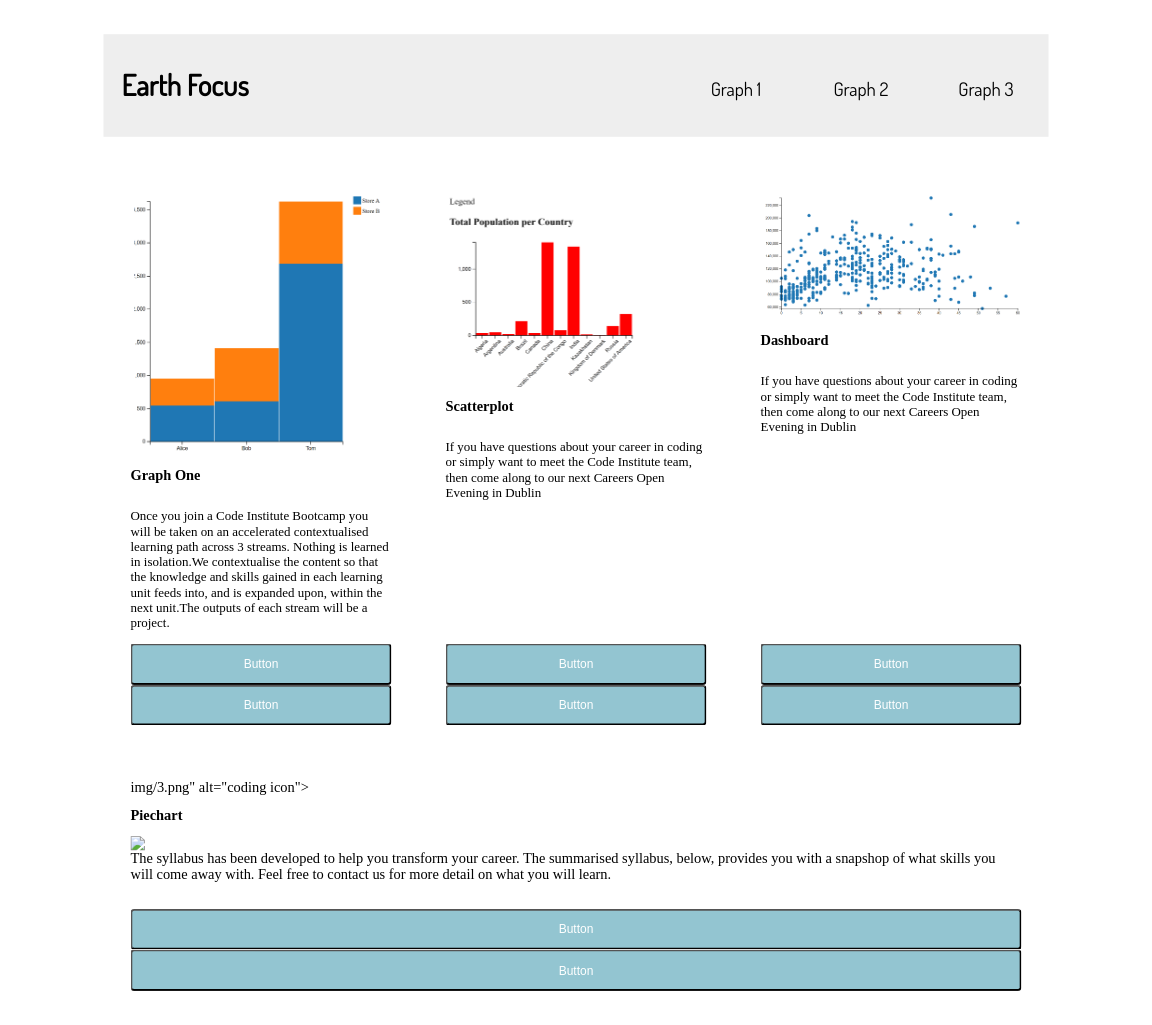
Repository: Code-Institute-Submissions/SOliv1-milestone2_NovResub
Page: index.html
The author's editor kept a record of every edit. The page is drawn from the files as they stood at one moment, then again after the next edit.
The browser window is 1280 px wide. The pictures show the whole page, at 90% of full size.
Some web libraries are served in a nearby version.

Above is the page before.

### index.html
<!DOCTYPE html>
<html lang="en">
<head>
    <meta charset="UTF-8">
    <meta http-equiv="X-UA-Compatible" content="ie=edge">
    <meta name="viewport" content="width=device-width, initial-scale=1">
    <title>Earth Focus</title>
    <link href="css/style.css" rel="stylesheet">
    <link href='https://fonts.googleapis.com/css?family=Roboto' rel='stylesheet' type='text/css'>
    <link href='https://fonts.googleapis.com/css?family=Dosis' rel='stylesheet' type='text/css'>
    </head>
<body>
    <div id="container">
        <nav>
            <ul>
                <li id="logoNav">Earth Focus</>
                <li id="graph11_btn">Graph 1</li>
                <li id="graph2_btn"> Graph 2</li>
                <li id="graph3_btn">Graph 3</li>
            </ul>
        </nav>
        <div class="card graph1">
            <img class="card_image" src="img/3.png" alt="coding icon">
            <div class="card_bottom">
                <h2 class="card_head">Graph One</h2>
                <p class="card_para">Once you join a Code Institute Bootcamp you will be taken on an accelerated contextualised learning path across 3 streams. Nothing is learned in isolation.We contextualise the content so that the knowledge and skills gained in each learning
                    unit feeds into, and is expanded upon, within the next unit.The outputs of each stream will be a project. </p>
                <button class="bottom_button">Button</>
                <button class="bottom_button" id="button_effects1">Button</button>
            </div>
        </div>
        <div class="card graph3_btn">
            <img class="card_image" src="img/1.png" alt="coding icon">
            <h2 class="card_head">Scatterplot</h2>
            <p class="card_para">If you have questions about your career in coding or simply want to meet the Code Institute team, then come along to our next Careers Open Evening in Dublin</p>
            <button class="bottom_button">Button</>
            <button id="button_effects2" class="bottom_button">Button</button>
            </div>
        <div class="card graph2">
            <img class="card_image" src="img/2.png" alt="coding icon">
            <h2 class="card_head">Dashboard</h2>
            <p class="card_para">If you have questions about your career in coding or simply want to meet the Code Institute team, then come along to our next Careers Open Evening in Dublin</p>
            <button class="bottom_button">Button</>
            <button id="button_effects3" class="bottom_button">Button</button>
        </div>
        <div class="card graph3">img/3.png" alt="coding icon">
            <h2 class="card_head">Piechart</h2>
            <img class="card_image" src="i
            <p class="card_para">The syllabus has been developed to help you transform your career. The summarised syllabus, below, provides you with a snapshop of what skills you will come away with. Feel free to contact us for more detail on what you will learn.</p>
            <button class="bottom_button">Button</>
             <button id="button_effects4" class="bottom_button">Button</button>
        </div>
    <script src="https://code.jquery.com/jquery-3.2.1.js" integrity="sha256-DZAnKJ/6XZ9si04Hgrsxu/8s717jcIzLy3oi35EouyE=" crossorigin="anonymous"></script>
    <script src="script.js"></script>
    <!-- Scripts located at the bottom of the body to insure page is fully loaded before execution -->
</body>
</html>

### css/style.css
Skip to content
Search or jump to…

Pull requests
Issues
Marketplace
Explore

@SOliv1
Code Issues 0 Pull requests 0 Projects 0 Wiki Security Pulse Community
jquery-events/style.css
 Ubuntu initial commit
871e21d on Aug 28
193 lines (133 sloc)  2.25 KB

body {
	font-family: 'Roboto', sans-serif;
	/*background-image: url(img/code-institute.jpg);
 	background-size: cover;
 	color: #ffffff;*/
 	background-color: #eee;

}

h1{
	font-size: 3em;
	text-align: center;
}

h2 {
	font-size: 1em;
	text-align: left;

}



p {
	font-size: .9rem;
}



div {
	border-radius: 4px;
}

.card_image {
	width: 100%;

}

.bottom_button {
	display: flex;
	box-sizing:border-box;
	border-radius: 4px;
	display: block;
	width: 100%;
	background-color:rgba(129, 187, 201,.85);
	text-align: center;
	padding: 1em .75em;
	text-decoration: none;
	color: #fff;

}

.card_bottom {
	display: flex;
	flex-flow:column;
}

.card_head {
	flex:0;
}



.card_para {

	flex:1 0 auto;

}

#container {
	display: flex;		/* makes container a flexbox*/
	flex-flow: row wrap; 	/* layout the boxes in rows and wrap them*/
	box-sizing:border-box;
	margin-right:auto;
	margin-left:auto;
	max-width:1050px;
}

#logo {
	width: 800px;
	margin: auto;
}



.card {

	flex:1; /* */

	display: flex;	/* make the contents controllable by flexbox*/
	flex-flow:column;	/* */
	min-width: 240px; /**/
	margin: 10px;
	padding: 20px;
	background-color: #fff;
}

.highlight_stream {
	background-color: #EB5255;
}

#my_footer {
	width:100%;
	text-align: center;
}



#copyright {
	margin-top:10px;
	margin-bottom:10px;

}

/*************************
Navigation
**************************/

nav {

	font-family: roboto;
	background-color: #eee;
	margin: 30px auto;
	width: 100%;
}

ul {

	display: flex;

	justify-content:space-between;

	flex-flow: row;

	/*flex-flow: row-reverse;*/
	/*justify-content:flex-end;*/
	/*justify-content:space-around;*/
	/*align-items:flex-start;*/
	align-items:baseline;
	border-radius: 10px;
	list-style-type: none; /*Remove Bullets*/
	padding: 0;

}

li {
	flex:1;
	height: 30px;
	/*width:10%;*/
	/*border:2px solid #000;*/
	/*background-color: #81BBC9;*/
	/*border-radius: 10px;*/
	font-family: Dosis;
	padding:20px 20px 20px 20px;
	text-align: center;
	font-size: 1.3em;
}

#logoNav {
	flex:6;
	text-align: left;
	font-size: 2em;
	font-weight: bold;
}

.underline {
    text-decoration:underline;

}



.border {

    border: solid 5px #ccc;

}

@media screen and (max-width: 700px) {
	ul {
		flex-flow: column;
		align-items:center;
    }
	li {
		font-size: 2em;
	}

}

### script.js
$(document).ready(function() {
    -$("#barchart_html").on("click", function() {
        $(".graph1").show();
        $(".graph1").show(1000);
        $("#button_effects1").click(function(){
        $('#button_effects1').hide('slow');
    });
 });

   $("#barchart2_html").on("click", function() {
        $(".graph1").removeClass('highlight_graph');
        $(".graph2").removeClass('highlight_graph');
        $(".graph3").removeClass('highlight_graph');
        $(".graph2").addClass('highlight_graph');
   });

    $("#barchart3_html").on("click", function() {
        $(".graph1").removeClass('highlight_graph');
        $(".graph2").removeClass('highlight_graph');
        $(".graph3").removeClass('highlight_graph');
        $(".graph3").addClass('highlight_graph');
    });
});

    $(document).ready(function() {
    $("#button_effects1").click(function(){
        $('#par1').toggle('1000');
    });
    $("#button_effects2").click(function(){
        $('#par2').toggle('1000');
    });
    $("#button_effects3").click(function(){
        $('#par3').toggle('1000');
    });
    $("#button_effects4").click(function(){
        $('#par4').toggle('1000');
    });
});

$(document).ready(function() {
    // Create the slideToggle effects each of the paragraphs and
    // buttons
    $("#button_effects1").click(function(){
        $('#par1').slideToggle('1000');
    });
    $("#button_effects2").click(function(){
        $('#par2').slideToggle('1000');
    });
    $("#button_effects3").click(function(){
        $('#par3').slideToggle('1000');
    });
    $("#button_effects4").click(function(){
        $('#par4').slideToggle('1000');
    });
    $("#button_effects5").click(function(){
        $('#par5').slideToggle('1000');
    });
    $("#button_effects6").click(function(){
        $('#par6').slideToggle('1000');
    });
});



// Use the fadeTo effect when the mouse hovers over a specific button
    // and fadeTo again when the mouse is no longer hovering over the button

    $("#button_effects1").mouseenter(function(){
        $('#button_effects1').fadeTo(1000, 0.5);
    });
    $("#button_effects1").mouseleave(function(){
        $('#button_effects1').fadeTo(1000, 1);
    });
    $("#button_effects2").mouseenter(function(){
        $('#button_effects2').fadeTo(1000, 0.5);
    });
    $("#button_effects2").mouseleave(function(){
        $('#button_effects2').fadeTo(1000, 1);
    });
    $("#button_effects3").mouseenter(function(){
        $('#button_effects3').fadeTo(1000, 0.5);
    });
    $("#button_effects3").mouseleave(function(){
        $('#button_effects3').fadeTo(1000, 1);
    });
    $("#button_effects4").mouseenter(function(){
        $('#button_effects4').fadeTo(1000, 0.5);
    });
    $("#button_effects4").mouseleave(function(){
        $('#button_effects4').fadeTo(1000, 1);
    });

//waits until page is loaded first

    $(document).ready(function(){
    //applies colour red to paragraphs when clicked on
    $("p").click(function(){
        $("p").addClass("highlight_text");
    });
});

//will add lightblue to h2 elements

    $("h2").hover(function(){
        $("h2").addClass( "h2_color");
    });

    /*
    this will apply larger font size to the active h2 element
    by adding the h2_font_size class but
    not the other h2 elements by removing class h2_font_size from them
    */

    $("#hr_html").hover(function(){
        $("#hr_graph").removeClass("h2_font_size");
        $("#hr_dashboard").removeClass("h2_font_size");
        $("#hr_scatterplot").removeClass("h2_font_size");
        $("#hr_piechart").removeClass("h2_font_size");
    });


    //applies colour black to body background when mouse enters over buttons


    $(".bottom_button").mouseenter(function(){
        $("body").css( "background-color", "black");
    });

    //applies colour grey to body background when mouse leaves buttons

    $(".bottom_button").mouseleave(function(){
        $("body").css( "background-color", "#eee");
    });

After the next edit:
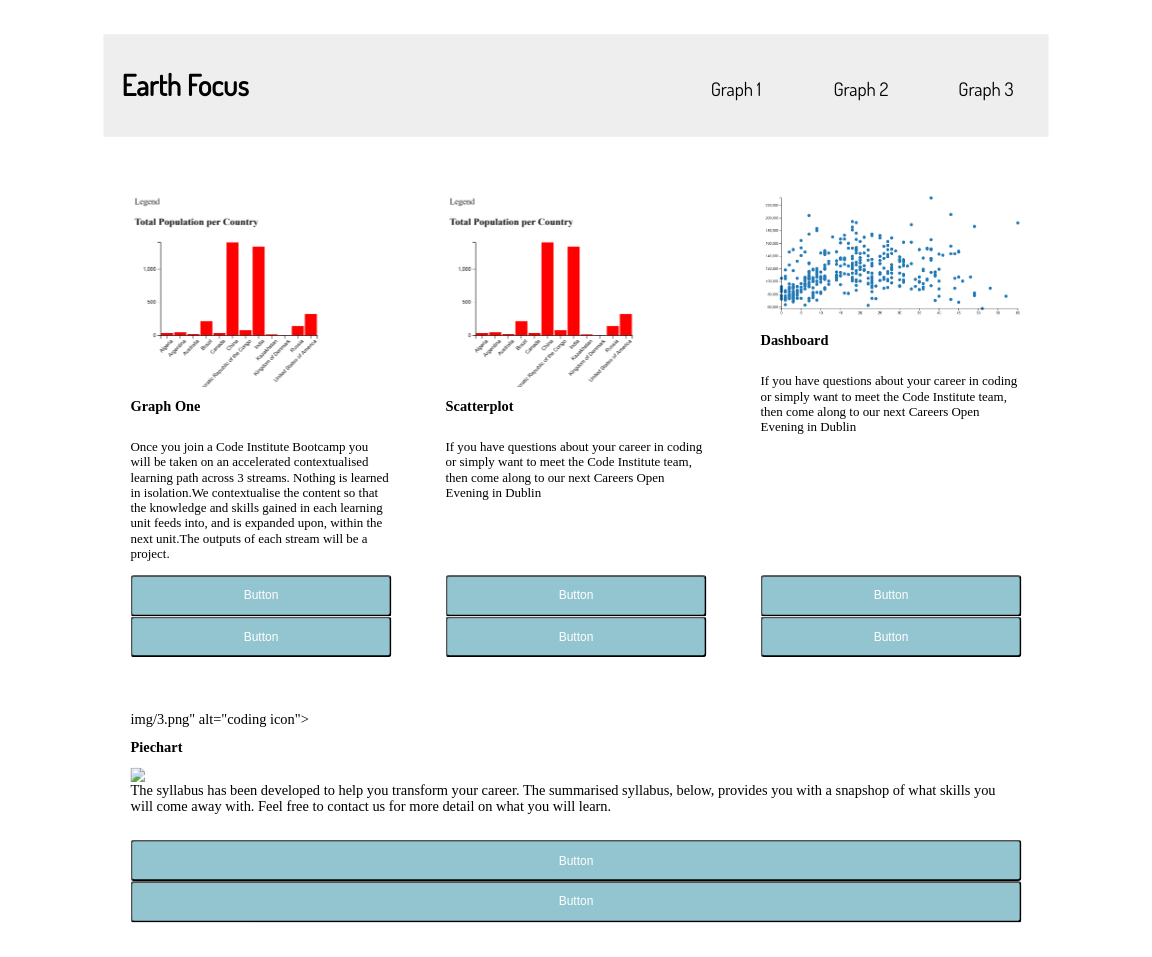
The edit:
--- a/index.html
+++ b/index.html
@@ -20,7 +20,7 @@
             </ul>
         </nav>
         <div class="card graph1">
-            <img class="card_image" src="img/3.png" alt="coding icon">
+            <img class="card_image" src="img/1.png" alt="coding icon">
             <div class="card_bottom">
                 <h2 class="card_head">Graph One</h2>
                 <p class="card_para">Once you join a Code Institute Bootcamp you will be taken on an accelerated contextualised learning path across 3 streams. Nothing is learned in isolation.We contextualise the content so that the knowledge and skills gained in each learning
